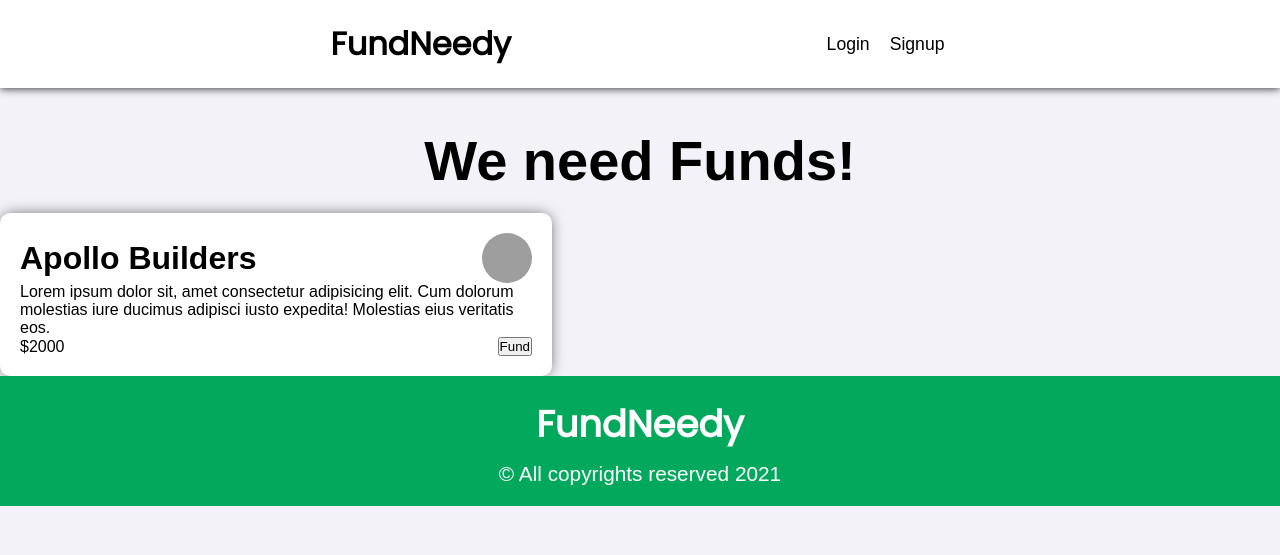
Repository: osdc/codejam
Page: /needies (app in sassy-sandwiches/fund-needy/)
An editor plug-in stored every save of this project. The page is shown before and after the next save, followed by the edit.
The browser window is 1280 px wide. The pictures show the whole page.
Pictures or frames that could not be fetched are drawn as grey boxes. The project was rebuilt for these pictures with package versions that can differ from the ones it lists, and the page was loaded fresh each time. Also part of the build but not shown: sassy-sandwiches/fund-needy/src/Showcase.css, sassy-sandwiches/fund-needy/src/Showcase.js.

Above is the page before, as saved 2021-01-09 19:39:41.

After the next save:
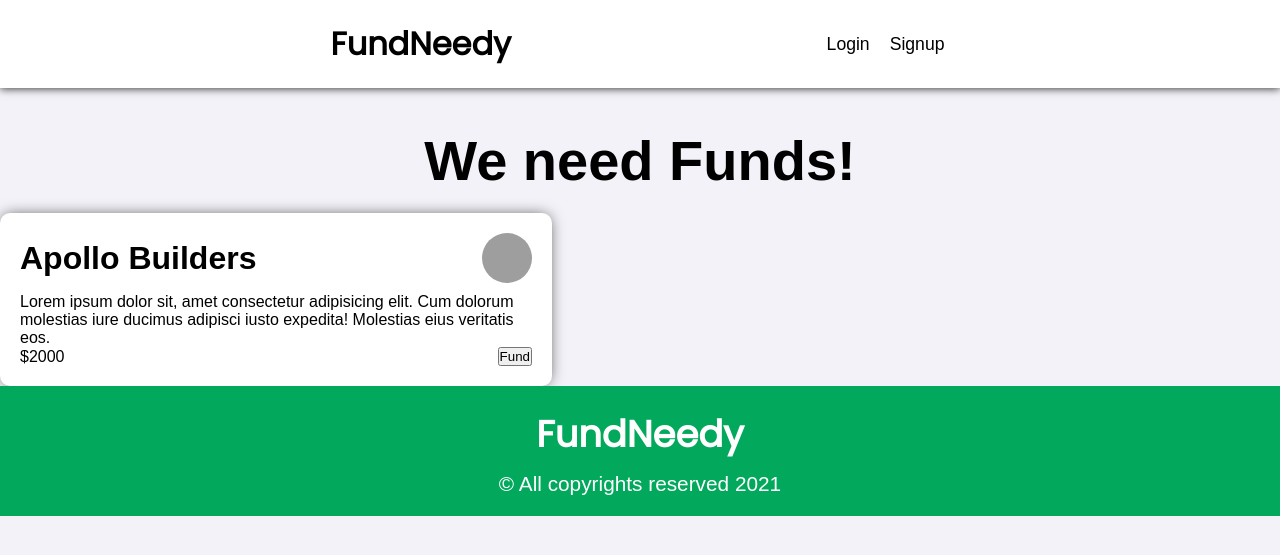
Saved 23 s later.
--- a/sassy-sandwiches/fund-needy/src/Needy.css
+++ b/sassy-sandwiches/fund-needy/src/Needy.css
@@ -20,6 +20,10 @@
   border-radius: 50%;
 }
 
+.needy_body {
+  margin-top: 10px;
+}
+
 .needy_footer {
   display: flex;
   align-items: center;
